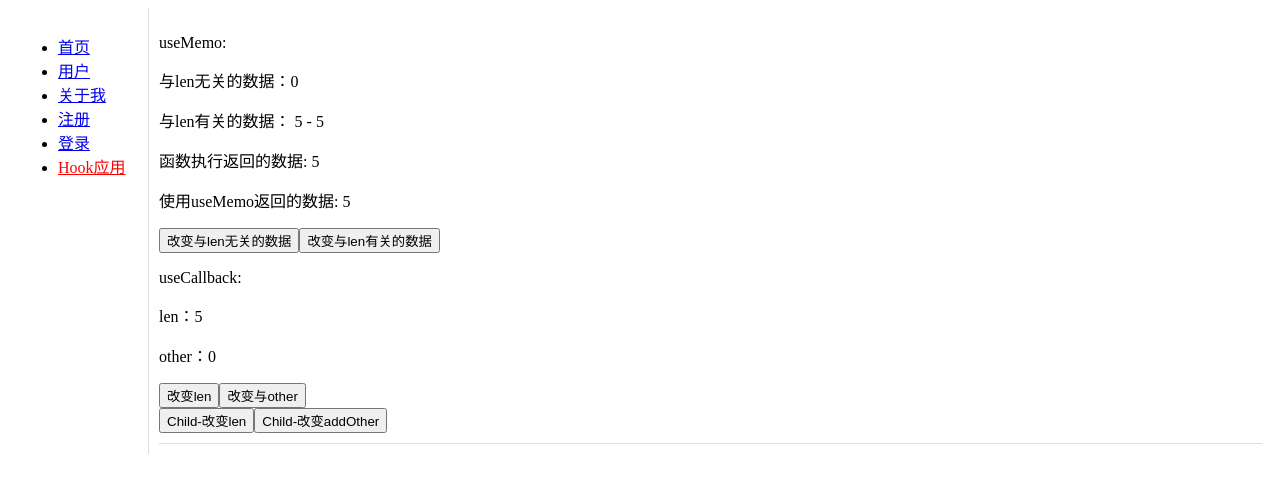
Repository: shellingfordly/js-library-Demo
Page: /hook (app in demo/react/demo/)
The author's editor kept a copy of each file at every save. The page is drawn from the files as they stood at one save, then again after the next save.
The browser window is 1280 px wide. The pictures show the whole page.
The project was rebuilt for these pictures with package versions that can differ from the ones it lists, and the page was loaded fresh each time. Also part of the build but not shown: demo/react/demo/src/views/home/components/UseReducer.js, demo/react/demo/src/views/home/components/SetTimeout.js, demo/react/demo/src/views/home/hook/context.js, demo/react/demo/src/views/home/components/context/useContext.js, demo/react/demo/src/views/home/components/context/contextType.js, demo/react/demo/src/views/home/components/context/consumer.js, demo/react/demo/src/views/home/utils/highComponent.js, demo/react/demo/src/views/home/Home.js and 12 more.

Above is the page before, as saved 2021-01-18 08:41:47.

### demo/react/demo/src/index.js
import React from 'react';
import ReactDOM from 'react-dom';
import './index.css';
import App from './App';
import reportWebVitals from './reportWebVitals';
import {BrowserRouter as Route} from 'react-router-dom'

ReactDOM.render(
  <React.StrictMode>
    <Route>
      <App />
    </Route>
  </React.StrictMode>,
  document.getElementById('root')
);

// If you want to start measuring performance in your app, pass a function
// to log results (for example: reportWebVitals(console.log))
// or send to an analytics endpoint. Learn more: https://bit.ly/CRA-vitals
reportWebVitals();

### demo/react/demo/src/App.js

import './App.scss'
import { Component } from 'react'
import { NavLink, Route, Switch, Redirect } from 'react-router-dom'
import Home from './views/home/Home'
import About from './views/about/About'
import Register from './views/Register'
import User from './views/User'
import Login from './views/Login'
import store from './store'
import { userLogout } from './store/actions'
import Hook from './views/HookComponent'

export default class App extends Component {

  state = {
    isShow: false
  }

  componentDidMount() {
    store.subscribe(() => {
      const data = store.getState()
      this.setState({ isShow: data.isLogin })
    })
  }

  logout = () => {
    store.dispatch(userLogout())
  }


  render() {

    return (
      <div className="app">
        <div className="nav">
          <ul>
            <li>
              <NavLink to='/home'>首页</NavLink>
            </li>
            <li>
          <NavLink to='/user'>用户</NavLink>
            </li>
            <li>
          <NavLink to='/about'>关于我</NavLink>
            </li>
            <li>
          <NavLink to='/register'>注册</NavLink>
            </li>
            <li>
          <NavLink to='/login'>登录</NavLink>
            </li>
            <li>
          <NavLink to='/hook'>Hook应用</NavLink>
            </li>
          </ul>

        </div>
        <div className="content">
          <Switch>
            <Route path="/home" component={Home}></Route>
            <Route path="/user" component={User}></Route>
            <Route path="/about" component={About}></Route>
            <Route path="/register" component={Register}></Route>
            <Route path="/login" component={Login}></Route>
            <Route path="/hook" component={Hook}></Route>
            <Redirect to="/login"></Redirect>
          </Switch>
        </div>
      </div>


    )
  }
};

### demo/react/demo/src/App.scss
.app {
  // width: 80%;
  margin: auto;
  display: flex;

  .nav {
    width: 120px;
    padding: 10px;
    border-right: 1px solid #ddd;

    a {
      display: inline;
      width: 100%;
    }

    .active {
      color: red;
    }
  }

  .content {
    flex:1;
    padding: 10px;
    // display: flex;
    // justify-content: space-around;

    .login {
      .label {
        display: inline-block;
        width: 70px;
      }
      .btn {
        padding-top: 10px;
        text-align: center;

        button:first-child {
          margin-right: 10px;
        }
      }
    }
  }
}

.show {
  display: block;
}
.hide {
  display: none;
}

.b-line {
  padding-bottom: 10px;
  border-bottom: 1px solid #ddd;
}

### demo/react/demo/src/store/index.js
import {createStore, applyMiddleware}  from 'redux'
import thunk from 'redux-thunk'
import  rootReducer from './combineReducer'

export default createStore(rootReducer, applyMiddleware(thunk))

### demo/react/demo/src/store/actions.js
export function saveUser(data){
  return {
    type: 'SAVE',
    data
  }
}

export function getUser(data){
  return {
    type: 'GET',
    data
  }
}

export function userLogin(){
  return {
    type: 'LOGIN',
  }
}

export function userLogout(){
  return {
    type: 'LOGOUT',
  }
}

### demo/react/demo/src/views/HookComponent/index.js

import UseMemoComponent from './components/useMemo'
import UseCallbackComponent from './components/useCallback'

export default function HookComponent() {
  return (
    <div>
      <div className="b-line">
        <p>useMemo: </p>
        <UseMemoComponent />
        <p>useCallback:</p>
        <UseCallbackComponent />
      </div>
    </div>
  )
}

### demo/react/demo/src/store/combineReducer.js
import { combineReducers } from 'redux';

import * as reducer from './reducer';


const rootReducer = combineReducers({
  ...reducer
})

export default rootReducer;

### demo/react/demo/src/views/HookComponent/components/useMemo.js
import { useMemo, useState } from 'react'

export default function UseMemoComponent() {
  let [len, setLen] = useState(5)
  let [other, setOther] = useState(0)

  const memoData = useMemo(() => {
    console.log("memoData");
    let count = 0
    for (let i = 1; i <= len; i++) {
      count++
    }
    return count
  }, [len])

  function fnData() {
    console.log("fnData");
    let count = 0
    for (let i = 1; i <= len; i++) {
      count++
    }
    return count
  }

  return (
    <div>
      <p>与len无关的数据：{other} </p>
      <p> 与len有关的数据： {fnData()} - {memoData}</p>
      <p>函数执行返回的数据: {fnData()}</p>
      <p>使用useMemo返回的数据: {memoData}</p>
      <button onClick={() => { setOther(other++) }}>改变与len无关的数据</button>
      <button onClick={() => { setLen(len++) }}>改变与len有关的数据</button>
    </div>
  )
}

### demo/react/demo/src/views/HookComponent/components/useCallback.js
import { PureComponent, useCallback, useState } from 'react'

export default function UseCallbackComponent() {
  let [len, setLen] = useState(5)
  let [other, setOther] = useState(0)

  function addLen() {
    setLen(len++)
  }

  const addOther = useCallback(() => {
    setOther(other++)
  }, [other])

  return (
    <div>
      <p>len：{len} </p>
      <p>other：{other} </p>
      <button onClick={addLen}>改变len</button>
      <button onClick={() => { setOther(len++) }}>改变与other</button>
      <Child addLen={addLen} addOther={addOther} />
    </div>
  )
}

class Child extends PureComponent {
  render() {
    console.log("child");
    const { addLen, addOther } = this.props
    return (
      <div>
        <button onClick={addLen}>Child-改变len</button>
        <button onClick={addOther}>Child-改变addOther</button>
      </div>
    )
  }
}

### demo/react/demo/src/store/reducer.js
const user_info = {
  username: '',
  password: '',
}

export function user(state = user_info, actions) {
  switch (actions.type) {
    case "SAVE":
      localStorage.setItem('user_info', JSON.stringify(actions.data))
      return { status: true, msg: '登录成功！' }
    case "GET":
      const hasUser = localStorage.getItem('user_info')
      if (hasUser) return { status: true, data: user, msg: '已登录！' }
      else return { status: false, msg: '未登录！' }
    default: return state
  }
}


export function isLogin(state = false, actions) {
  const hasUser = localStorage.getItem('user_info')
  switch (actions.type) {
    case "LOGIN":
      if (hasUser) return true
      else return false
    case "LOGOUT":
      if (hasUser) localStorage.removeItem('user_info')
      return false
    default: return state
  }
}

Loaded but not shown: demo/react/demo/public/index.html (common file); demo/react/demo/src/reportWebVitals.js (common file); demo/react/demo/src/index.css (no stored copy; drawn as an empty file)

After the next save:
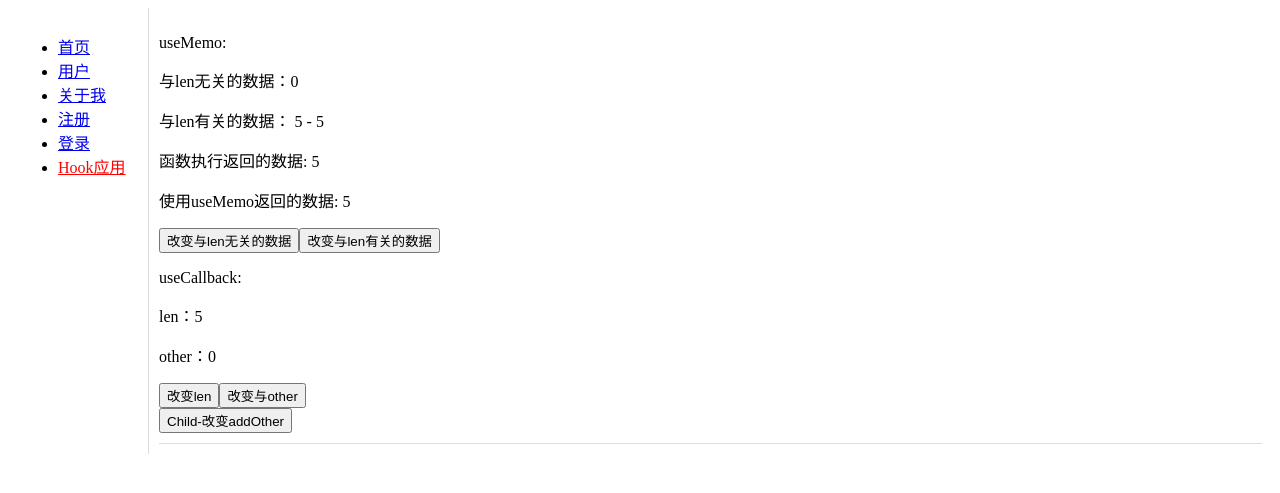
Saved 29 s later.
--- a/demo/react/demo/src/views/HookComponent/components/useCallback.js
+++ b/demo/react/demo/src/views/HookComponent/components/useCallback.js
@@ -18,7 +18,7 @@
       <p>other：{other} </p>
       <button onClick={addLen}>改变len</button>
       <button onClick={() => { setOther(len++) }}>改变与other</button>
-      <Child addLen={addLen} addOther={addOther} />
+      <Child  addOther={addOther} />
     </div>
   )
 }
@@ -26,10 +26,10 @@
 class Child extends PureComponent {
   render() {
     console.log("child");
-    const { addLen, addOther } = this.props
+    const {  addOther } = this.props
     return (
       <div>
-        <button onClick={addLen}>Child-改变len</button>
+        {/* <button onClick={addLen}>Child-改变len</button> */}
         <button onClick={addOther}>Child-改变addOther</button>
       </div>
     )

After the save that followed:
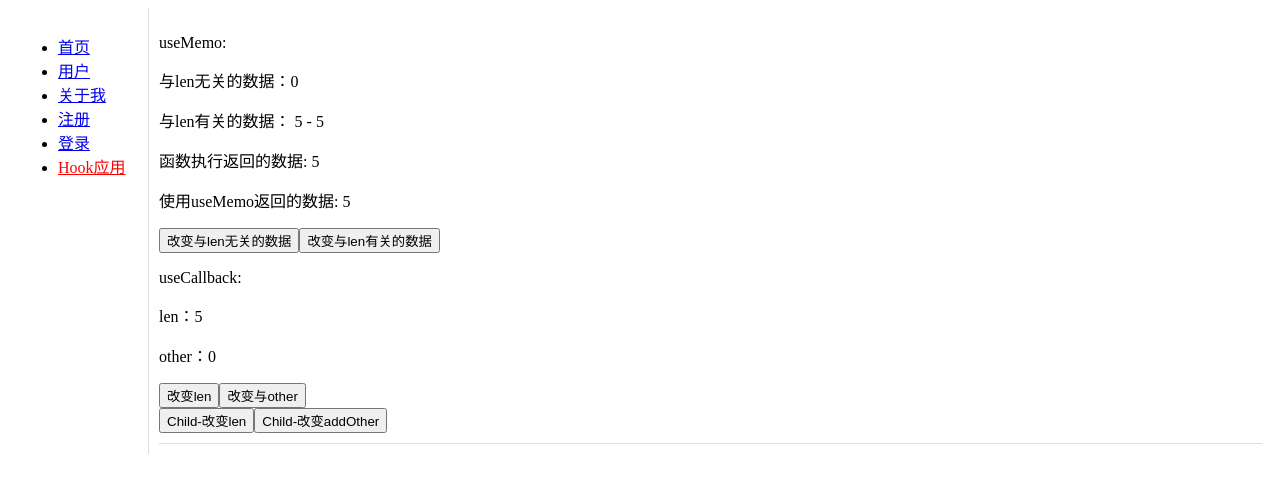
Saved 84 s later.
--- a/demo/react/demo/src/views/HookComponent/components/useCallback.js
+++ b/demo/react/demo/src/views/HookComponent/components/useCallback.js
@@ -18,20 +18,32 @@
       <p>other：{other} </p>
       <button onClick={addLen}>改变len</button>
       <button onClick={() => { setOther(len++) }}>改变与other</button>
-      <Child  addOther={addOther} />
+      <LenChild  addOther={addOther} />
     </div>
   )
 }
 
-class Child extends PureComponent {
+class LenChild extends PureComponent {
   render() {
     console.log("child");
-    const {  addOther } = this.props
+    const { addLen, addOther } = this.props
     return (
       <div>
-        {/* <button onClick={addLen}>Child-改变len</button> */}
+        <button onClick={addLen}>Child-改变len</button>
         <button onClick={addOther}>Child-改变addOther</button>
       </div>
     )
   }
 }
+
+class OtherChild extends PureComponent {
+  render() {
+    console.log("useCallback PureComponent: other");
+    const {  addOther } = this.props
+    return (
+      <div>
+        <button onClick={addOther}>Child-改变addOther</button>
+      </div>
+    )
+  }
+}
